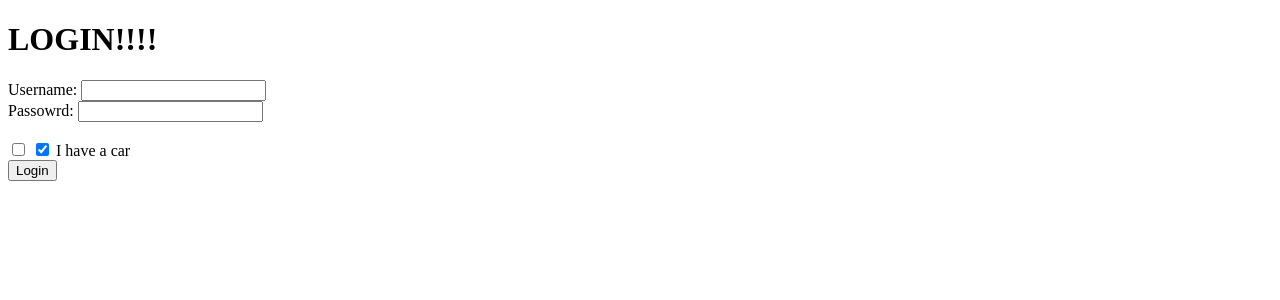
Repository: claudesedillo/WEBAPDE-MP2
Page: MP2 Workplace/WEBAPDE-MP2Q/WebContent/login.html
The author's editor kept a copy of each file at every save. The page is drawn from the files as they stood at one save, then again after the next save.
The browser window is 1280 px wide. The pictures show the whole page.

Above is the page before, as saved 2017-07-22 07:58:50.

### MP2 Workplace/WEBAPDE-MP2Q/WebContent/login.html
<!DOCTYPE html>
<html>
<head>
<meta charset="ISO-8859-1">
<title>Insert title here</title>
</head>
<body>
	<h1>LOGIN!!!!</h1>
	<!-- Login (testing), replace this with the real login.html -->
	<form action="login" method="POST">
		Username: <input type="text" name="username"><br>
		Passowrd: <input type="password" name="password"><br> <br>
		<input type="checkbox" value="Remember me">
		  <input type="checkbox" name="vehicle" value="Car" checked> I have a car<br>
		<input type="submit" value="Login">
	</form>
</body>
</html>

After the next save:
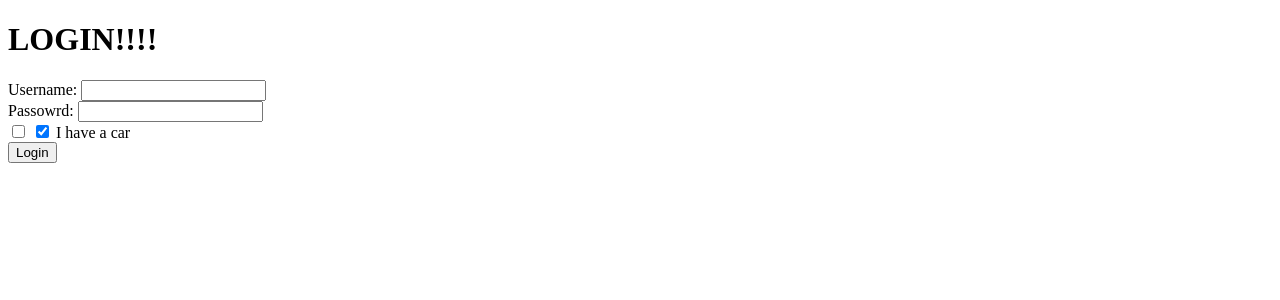
Saved 8 s later.
--- a/MP2 Workplace/WEBAPDE-MP2Q/WebContent/login.html
+++ b/MP2 Workplace/WEBAPDE-MP2Q/WebContent/login.html
@@ -9,7 +9,7 @@
 	<!-- Login (testing), replace this with the real login.html -->
 	<form action="login" method="POST">
 		Username: <input type="text" name="username"><br>
-		Passowrd: <input type="password" name="password"><br> <br>
+		Passowrd: <input type="password" name="password"><br>
 		<input type="checkbox" value="Remember me">
 		  <input type="checkbox" name="vehicle" value="Car" checked> I have a car<br>
 		<input type="submit" value="Login">
